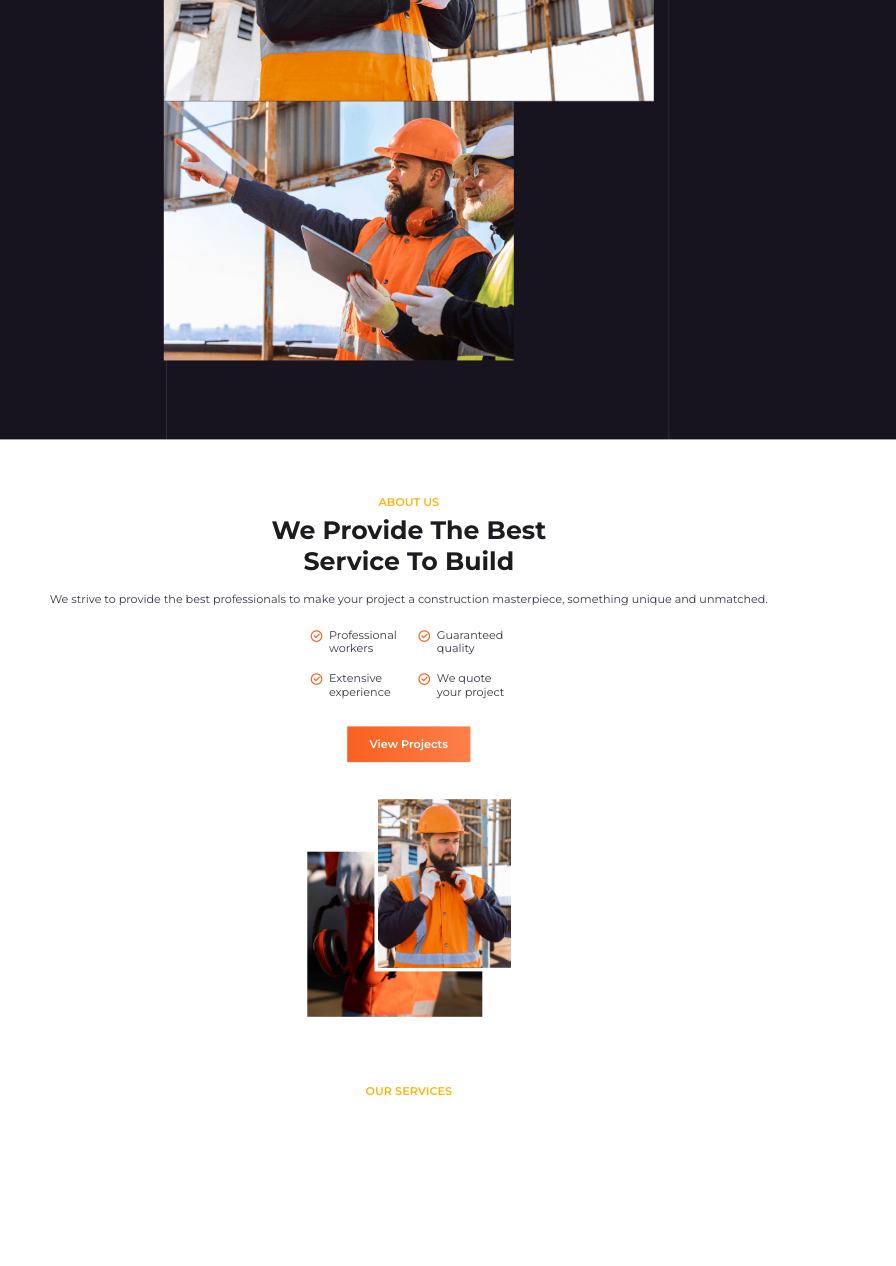
Repository: douglasabnovato/construction
Page: index.html
These files come from the project's save history. The page is drawn as it stood at one moment and after a run of saves; the edit follows.
The browser window is 1280 px wide. The pictures show the part of the page from y = 1194 to 3114 px (the page is 3002 px tall before and 3114 px after), at 70% of full size.

Above is the page before, as saved 2025-05-01 12:39:14.

After the next 2 saves:
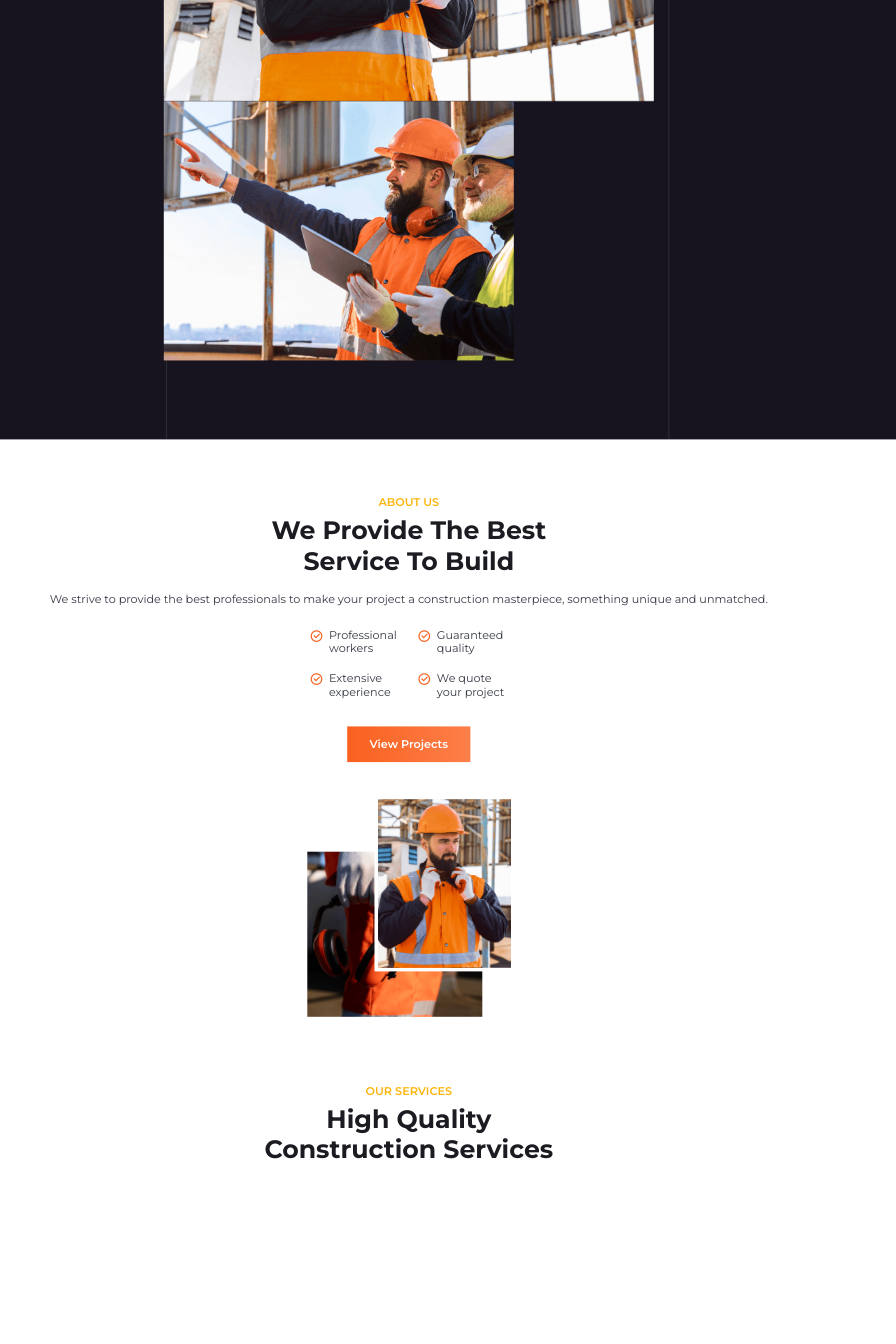
The 2 saves are shown as one change because they came seconds apart.
The last was saved 36 s later.
--- a/index.html
+++ b/index.html
@@ -169,6 +169,10 @@
           <div class="services__data">
             <div>
               <span class="section__subtitle">OUR SERVICES</span>
+              <h2 class="section__title">
+                High Quality <br />
+                Construction Services
+              </h2>
             </div>
           </div>
           <div class="services__swiper"></div>
